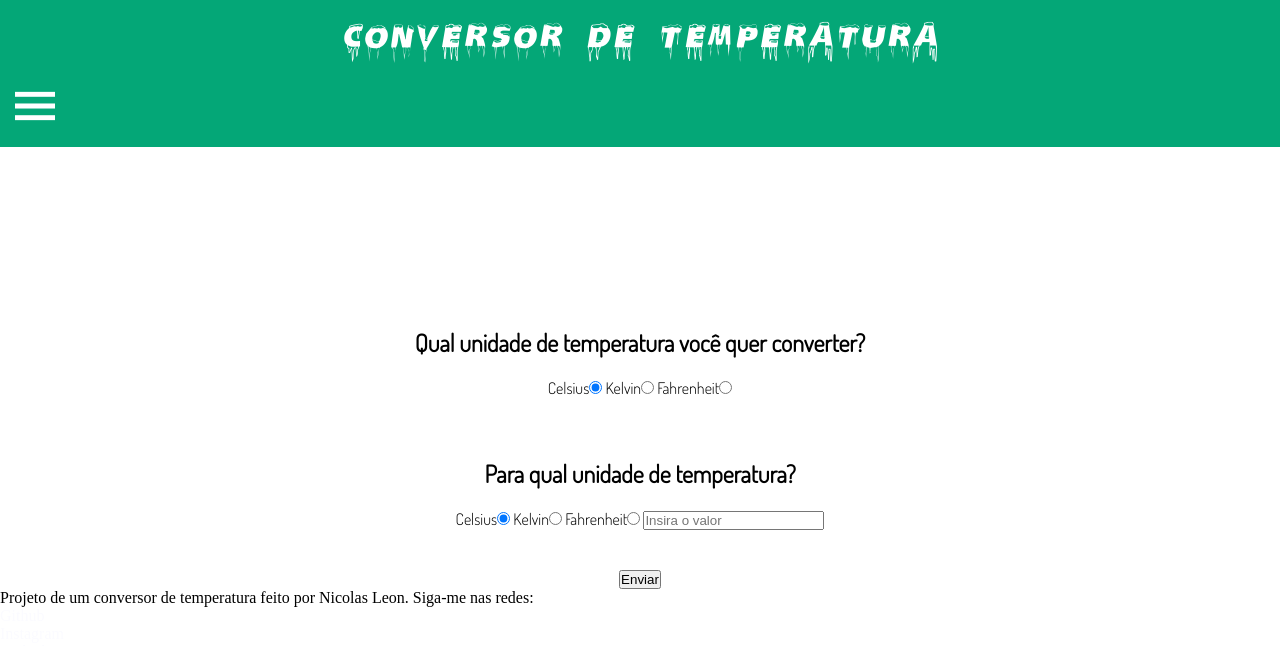
Repository: Leonngc/Conversor-de-temperatura
Page: index.html
An editor plug-in stored every save of this project. The page is shown before and after the next save, followed by the edit.
The browser window is 1280 px wide. The pictures show the whole page.
Some web libraries are served in a nearby version.

Above is the page before, as saved 2023-02-10 23:21:32.

### index.html
<!DOCTYPE html>
<html lang="pt-br">
<head>
    <meta charset="UTF-8">
    <meta http-equiv="X-UA-Compatible" content="IE=edge">
    <meta name="viewport" content="width=device-width, initial-scale=1.0">
    <link rel='stylesheet' href='https://cdn-uicons.flaticon.com/uicons-bold-straight/css/uicons-bold-straight.css'>
    <link rel="stylesheet" href="style.css">
    <title>Conversor de temperatura</title>
</head>
<body>
    <header>
        <h1>Conversor de Temperatura</h1>
        <button id="menu-button"><i class="fi fi-bs-menu-burger"></i></button>

        <menu>
            <ul id="links-menu">
                <li><a href="">Sobre a página</a></li>
                <li><a href="">História</a></li>
                <li><a href="">Outros Projetos</a></li>
            </ul>
        </menu>
    </header>

    <main>
       <form>
        <h2>Qual unidade de temperatura você quer converter?</h2>
        <label for="celsius">Celsius</label><input type="radio" name="unidade" id="celsius" class="unidades" checked>
        <label for="kelvin">Kelvin</label><input type="radio" name="unidade" class="unidades" id="kelvin">
        <label for="fahrenheit">Fahrenheit</label><input type="radio" name="unidade" class="unidades" id="fahrenheit">
        <br>
       </form>
       <form>
        <h2>Para qual unidade de temperatura?</h2>
        <label for="cel-res">Celsius</label><input type="radio" name="unidade" id="celsius" checked>
        <label for="kelvin">Kelvin</label><input type="radio" name="unidade" id="kel-res">
        <label for="fahrenheit">Fahrenheit</label><input type="radio" name="unidade" id="fah-res">
        <input type="number" name="graus" id="graus" placeholder="Insira o valor">
       </form>
       <button id="submit">Enviar</button>
    </main>

    <footer>
        <p>Projeto de um conversor de temperatura feito por Nicolas Leon. Siga-me nas redes: </p>
        <ul>
            <li><a href="">Github</a></li>
            <li><a href="">Instagram</a></li>
            <li><a href="">Linkedin</a></li>
        </ul>
    </footer>
</body>
</html>

### style.css
@charset "UTF-8";
@import url('https://fonts.googleapis.com/css2?family= Dosis:wght@300 & display = swap');
@font-face {
    font-family: Title;
    src: url(fonts/IceCaps.ttf);
}

:root{
    --yellow: #F7FF58;
    --snow: #FBFBFF;
    --blackout: #040F16;
    --dosis: 'Dosis', sans-serif;
    --contrail:'Contrail One', cursive;
}

*{
    margin: 0;
    padding: 0;
    box-sizing: border-box;
}

header{
    background-color: #04A777;
    margin-bottom: 160px;
    max-width: 100vw;
    color: white;
}

header > h1{
    font-family: Title, sans-serif;
    font-weight: lighter;
    text-align: center;
    font-size: 45px;
    padding: 22px;
}

menu{
    background-color: #05C78D;
    padding: 20px;
    max-width: 100vw;
    display: none;
}

menu > ul{
    margin-left: 20px;
    font-size: 20px;
    font-family: var(--dosis);
    font-weight: bold;
    color: white;
}

menu > ul > li{
    padding: 5px;
}

li > a{
    text-decoration: none;
    color: #FBFBFF;
}

li > a:hover{
    color: #03583e;
    text-decoration: underline;
}

#menu-button{
    background-color: #03583e00;
    border: none;
    color: white;
    font-size: 40px;
    margin-left: 15px;
    margin-bottom: 12px;
}

main{
    text-align: center;
}

form{
    margin: 40px;
    font-family: var(--dosis);

}

form > h2{
    padding: 20px;
}

#unidades{
    width: 28px;
}

After the next save:
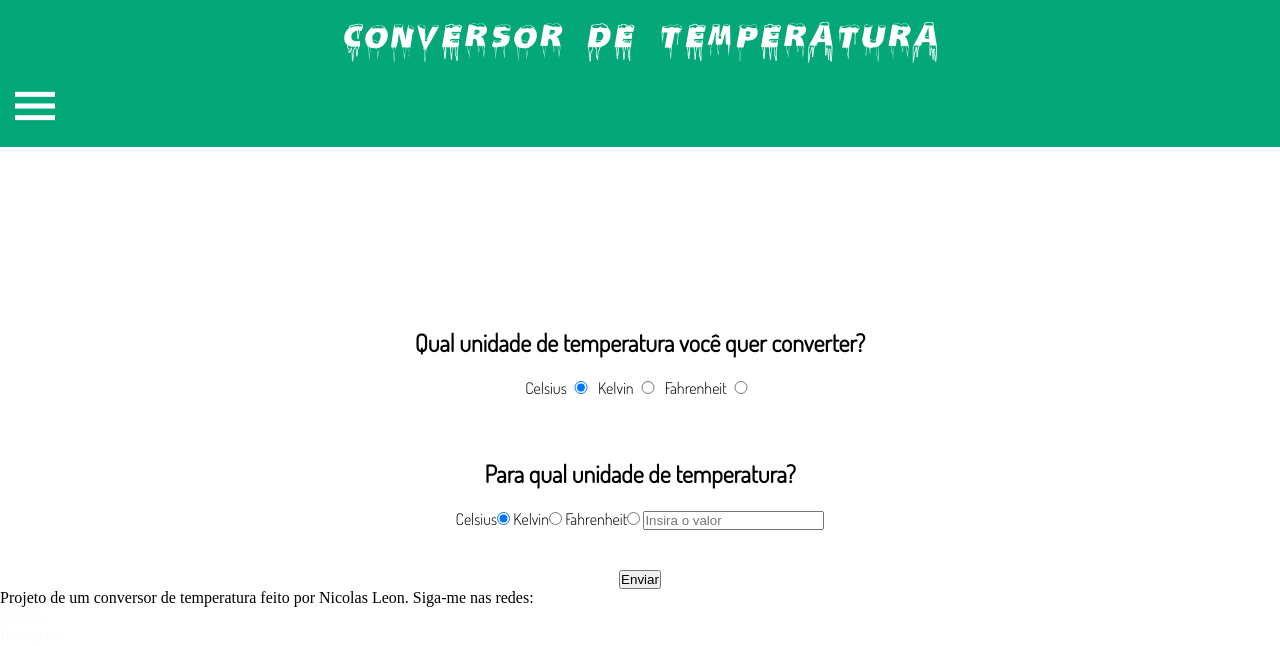
Saved 8 s later.
--- a/style.css
+++ b/style.css
@@ -86,6 +86,6 @@ form > h2{
     padding: 20px;
 }
 
-#unidades{
+.unidades{
     width: 28px;
 }

After the save that followed:
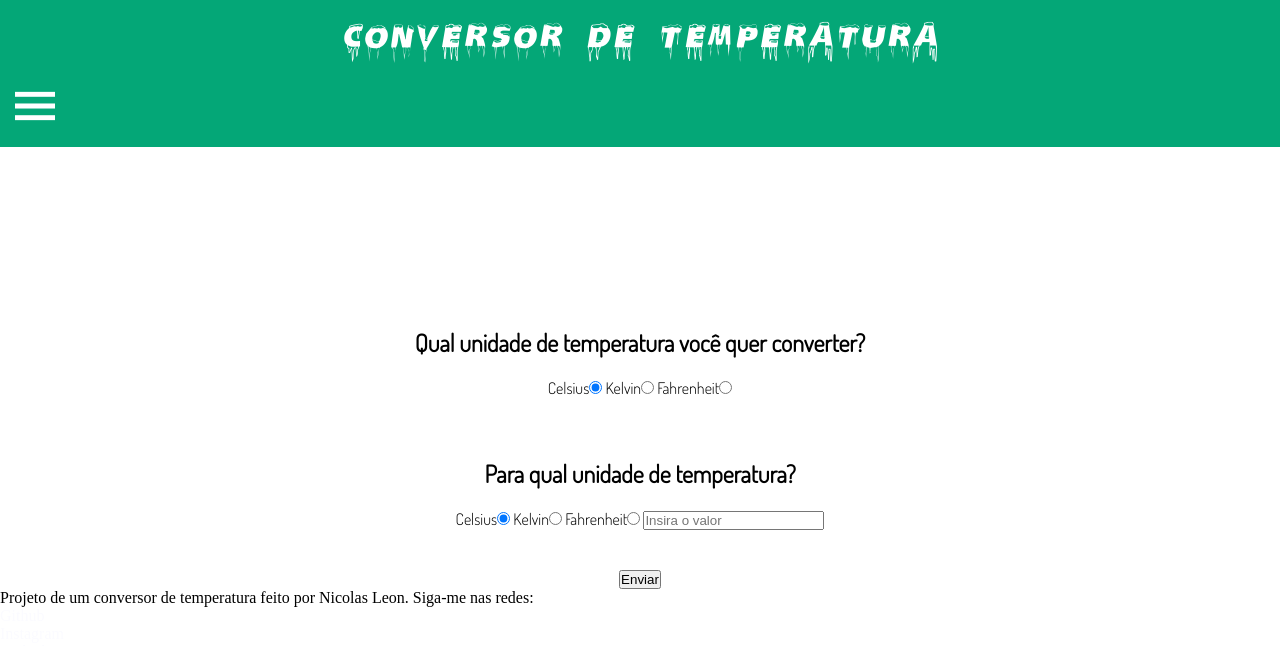
Saved 8 s later.
--- a/style.css
+++ b/style.css
@@ -87,5 +87,5 @@ form > h2{
 }
 
 .unidades{
-    width: 28px;
+    font-size: 30px;
 }
